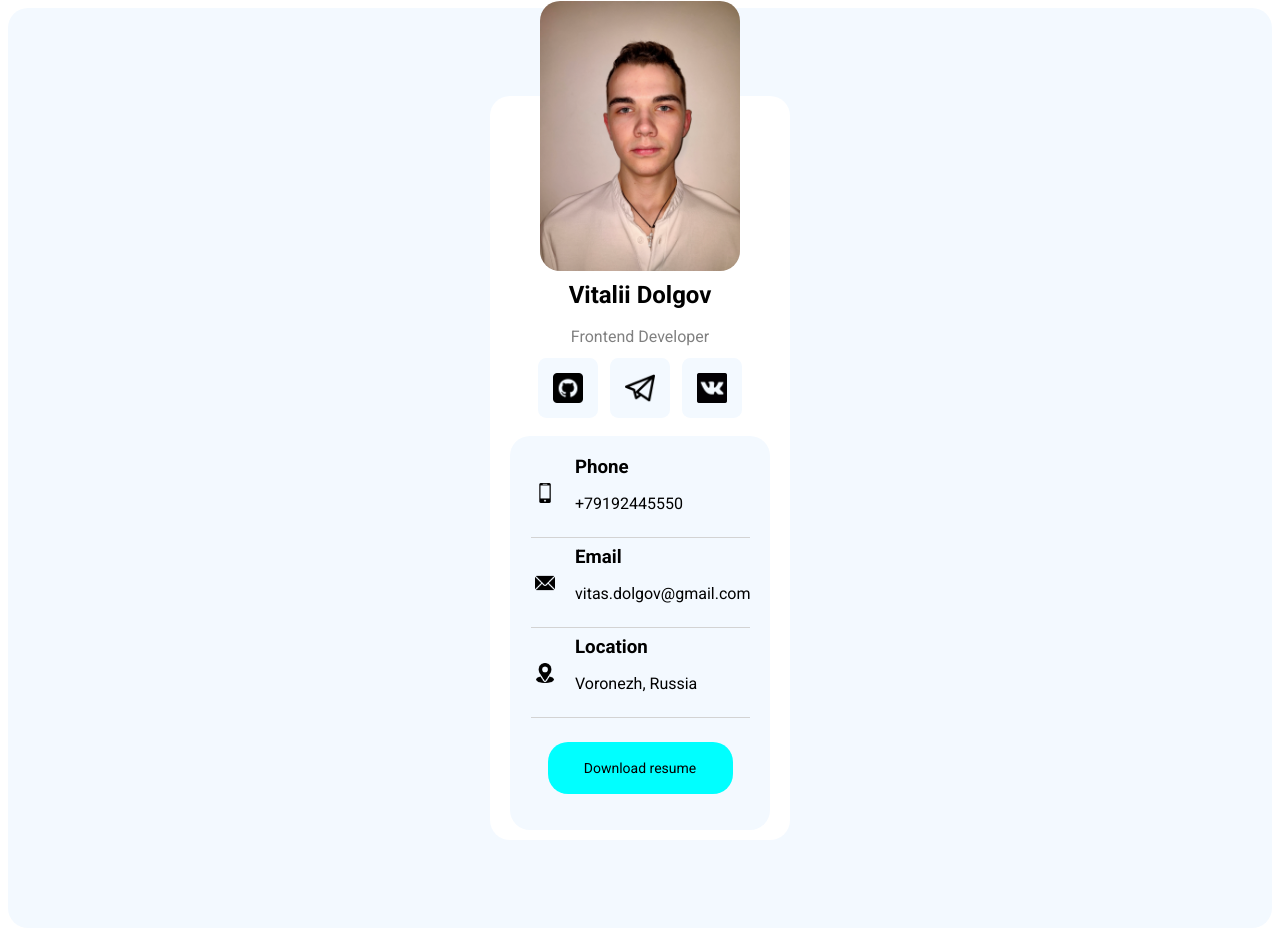
Repository: VitasYo/User_card
Page: src/index.html
The author's editor kept a copy of each file at every save. The page is drawn from the files as they stood at one save, then again after a run of saves.
The browser window is 1280 px wide. The pictures show the whole page.

Above is the page before, as saved 2024-04-10 00:39:42.

### src/index.html
<!DOCTYPE html>
<html lang="ru">
  <head>
    <meta charset="UTF-8" />
    <meta name="viewport" content="width=device-width, initial-scale=1.0" />
    <title>First html</title>
    <link rel="stylesheet" href="../assets/css/index.css" />
    <script src="script.js"></script>
  </head>
  <body>
    <section class="container">
      <div class="container_card">
        <img class="avatar" src="../assets/img/Фото.jpg" alt="" />
        <div class="user-info">
          <h1>Vitalii Dolgov</h1>
          <div class="position">Frontend Developer</div>
        </div>
        <div>
          <a href="#"
            ><img class="icon" src="../assets/img/github.png" alt="github"
          /></a>
          <a href="#"
            ><img class="icon" src="../assets/img/telegram.png" alt="telegram"
          /></a>
          <a href="#"
            ><img class="icon" src="../assets/img/vk.png" alt="vk"
          /></a>
        </div>
        <div class="items_card">
          <div class="items_string">
            <img class="card_icon" src="../assets/img/phone.png" />
            <div class="card_info">
              <div><h3>Phone</h3></div>
              <div><p>+79192445550</p></div>
            </div>
          </div>
          <hr class="stripe" noshade width="217" size="1" color="lightgrey">
          <div class="items_string">
            <img class="card_icon" src="../assets/img/email.png" />
            <div class="card_info">
              <div><h3>Email</h3></div>
              <div><p>vitas.dolgov@gmail.com</p></div>
            </div>
          </div>
          <hr class="stripe" noshade width="217" size="1" color="lightgrey">
          <div class="items_string">
            <img class="card_icon" src="../assets/img/location.png" />
            <div class="card_info">
              <div><h3>Location</h3></div>
              <div><p>Voronezh, Russia</p></div>
            </div>
          </div>
          <hr class="stripe" noshade width="217" size="1" color="lightgrey">
          <button class="button">Download resume</button>
        </div>
      </div>
    </section>
  </body>
</html>

### assets/css/index.css
@import url("https://fonts.googleapis.com/css2?family=Roboto:ital,wght@0,100;0,300;0,400;0,500;0,700;0,900;1,100;1,300;1,400;1,500;1,700;1,900&display=swap");
* {
  font-family: "Roboto", sans-serif;
}

.container h1 {
  margin-top: 10px;
  margin-bottom: 0;
}

.container h3 {
  margin-top: 0;
  margin-bottom: 0;
}

.container {
  display: flex;
  flex-direction: column;
  align-items: center;
  background-color: rgb(243, 249, 255);
  border-radius: 20px;
  height: 920px;
  justify-content: center;
}

.container_card {
  display: flex;
  flex-direction: column;
  align-items: center;
  background-color: white;
  border-radius: 20px;
  width: 300px;
}

.position {
  color: gray;
  margin-top: 8px;
}

.avatar {
  margin-top: -95px;
  width: 200px;
  height: 270px;
  border-radius: 20px;
}

.user-info {
  margin-bottom: 8px;
  display: flex;
  flex-direction: column;
  align-items: center;
  gap: 10px;
}

.icon {
  width: 30px;
  height: 30px;
  padding: 15px;
  background-color: rgb(243, 249, 255);
  border-radius: 8.27px;
  margin: 4px;
}

.items_card {
  background-color: rgb(243, 249, 255);
  border-radius: 20px;
  width: 260px;
  padding: 20px 0;
  margin: 10px 0;
  align-items: center;
  display: flex;
  flex-direction: column;
}

.items_string {
  justify-content: center;
  align-items: center;
  display: flex;
  border-bottom: 1px;
  border-width: 1px;
}

.card_icon {
  width: 20px;
  height: 20px;
  padding: 0 10px;
}

.card_info {
  margin-left: 10px;
  font-size: 16px;
  width: 180px;
}

.button {
  margin: 16px 0;
  background-color: aqua;
  border-radius: 20px;
  border-width: 0;
  width: 185px;
  height: 52px;
  font-size: 14px;
  cursor: pointer;
}

Loaded but not shown: src/script.js (no stored copy; drawn as an empty file)

After the next 3 saves:
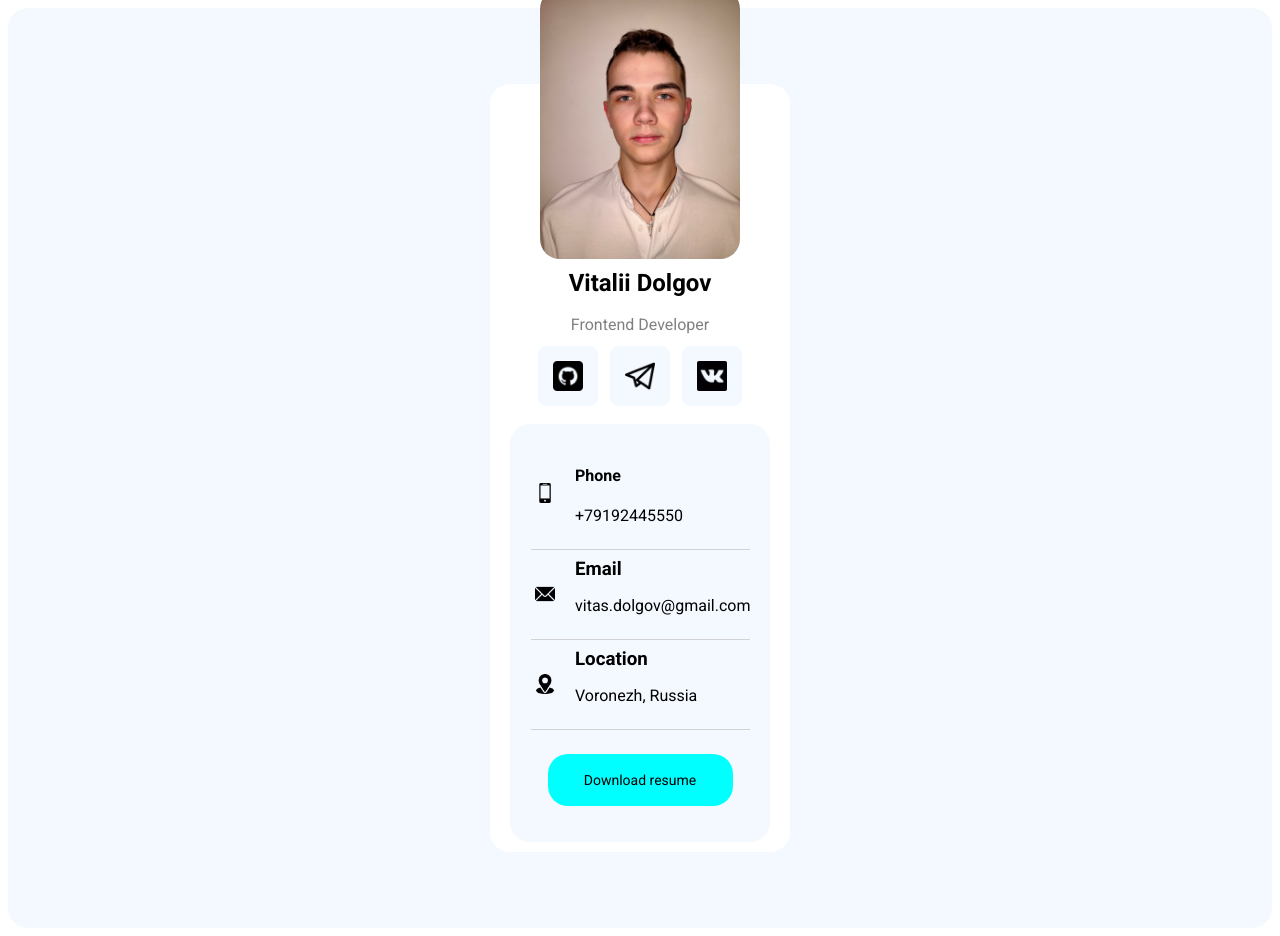
The 3 saves are shown as one change because they came seconds apart.
The last was saved 74 s later.
--- a/src/index.html
+++ b/src/index.html
@@ -30,7 +30,7 @@
           <div class="items_string">
             <img class="card_icon" src="../assets/img/phone.png" />
             <div class="card_info">
-              <div><h3>Phone</h3></div>
+              <div><h4>Phone</h4></div>
               <div><p>+79192445550</p></div>
             </div>
           </div>
